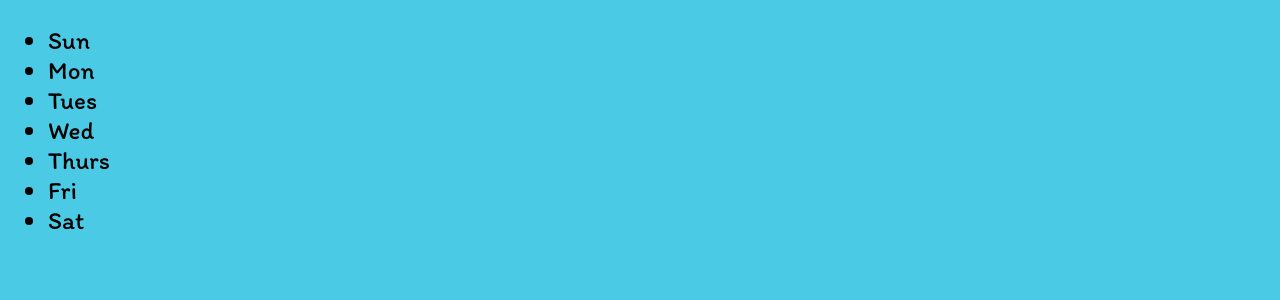
Repository: Jazinha/Hello-kitty-weather
Page: forecast.html
These files come from the project's save history. The page is drawn as it stood at one moment and after the next save; the edit follows.
The browser window is 1280 px wide. The pictures show the whole page.

Above is the page before, as saved 2023-02-04 17:35:31.

### forecast.html
<!DOCTYPE html>
<html>
    <head>
        <title>Hello-Weather!</title>
        <meta charset="utf-8">
        <link rel="stylesheet" href="style.css">
        <link rel="preconnect" href="https://fonts.googleapis.com">
<link rel="preconnect" href="https://fonts.gstatic.com" crossorigin>
<link href="https://fonts.googleapis.com/css2?family=Itim&family=Lilita+One&display=swap" rel="stylesheet">
    </head>
    <body>
        <section class="Days">
            <ul>
                <li> Sun</li>
                <li> Mon </li>
                <li> Tues </li>
                <li> Wed</li>
                <li> Thurs </li>
                <li> Fri </li>
                <li> Sat </li>
            </ul>
        </section>
    </body>
</html>

### style.css
body {
    background-color: rgb(75, 202, 230);
    font-size: 25px;
    font-family: 'Itim', cursive;;
}

.container {
    text-align: center;
    justify-content: center;
}

h1 {
    font-size: 120px;
    font-family: 'Lilita One', cursive;
    color: rgb(202, 10, 10);
    -webkit-text-stroke: .5px black;
}

#initial {
    font-family: 'Lilita One', cursive;
    width: 190px;
}

.btn {
    border: 0;
    padding: 5px 10px;
    font-size: 20px;
    background-color:rgb(202, 10, 10);
    width: 80px;
    border-radius: 20px;
    color: #ffffff;
    text-align: center;
    text-decoration: none;
}


.btn:hover {
    background-color: rgb(217, 75, 98);
  }

.Days {
}

/*This is for the forecast.html */


.days-week {
    width: 100%;
    border: 1px solid black;

  }
  .days-week li {
    display: inline;
  }

After the next save:
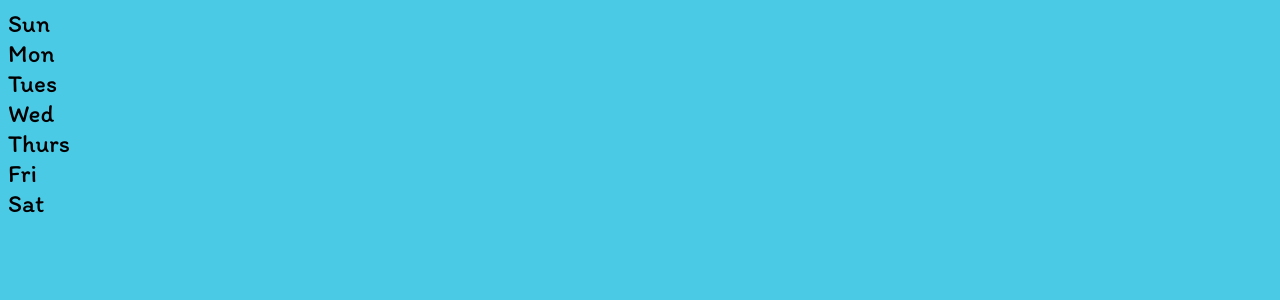
Saved 2 min 12 s later.
--- a/forecast.html
+++ b/forecast.html
@@ -9,16 +9,14 @@
 <link href="https://fonts.googleapis.com/css2?family=Itim&family=Lilita+One&display=swap" rel="stylesheet">
     </head>
     <body>
-        <section class="Days">
-            <ul>
-                <li> Sun</li>
-                <li> Mon </li>
-                <li> Tues </li>
-                <li> Wed</li>
-                <li> Thurs </li>
-                <li> Fri </li>
-                <li> Sat </li>
-            </ul>
-        </section>
+        <div class="day-week">
+          <div>Sun</div>
+          <div>Mon</div>
+          <div>Tues</div>
+          <div>Wed</div>
+          <div>Thurs</div>
+          <div>Fri</div>
+          <div>Sat</div>
+        </div>
     </body>
 </html>
